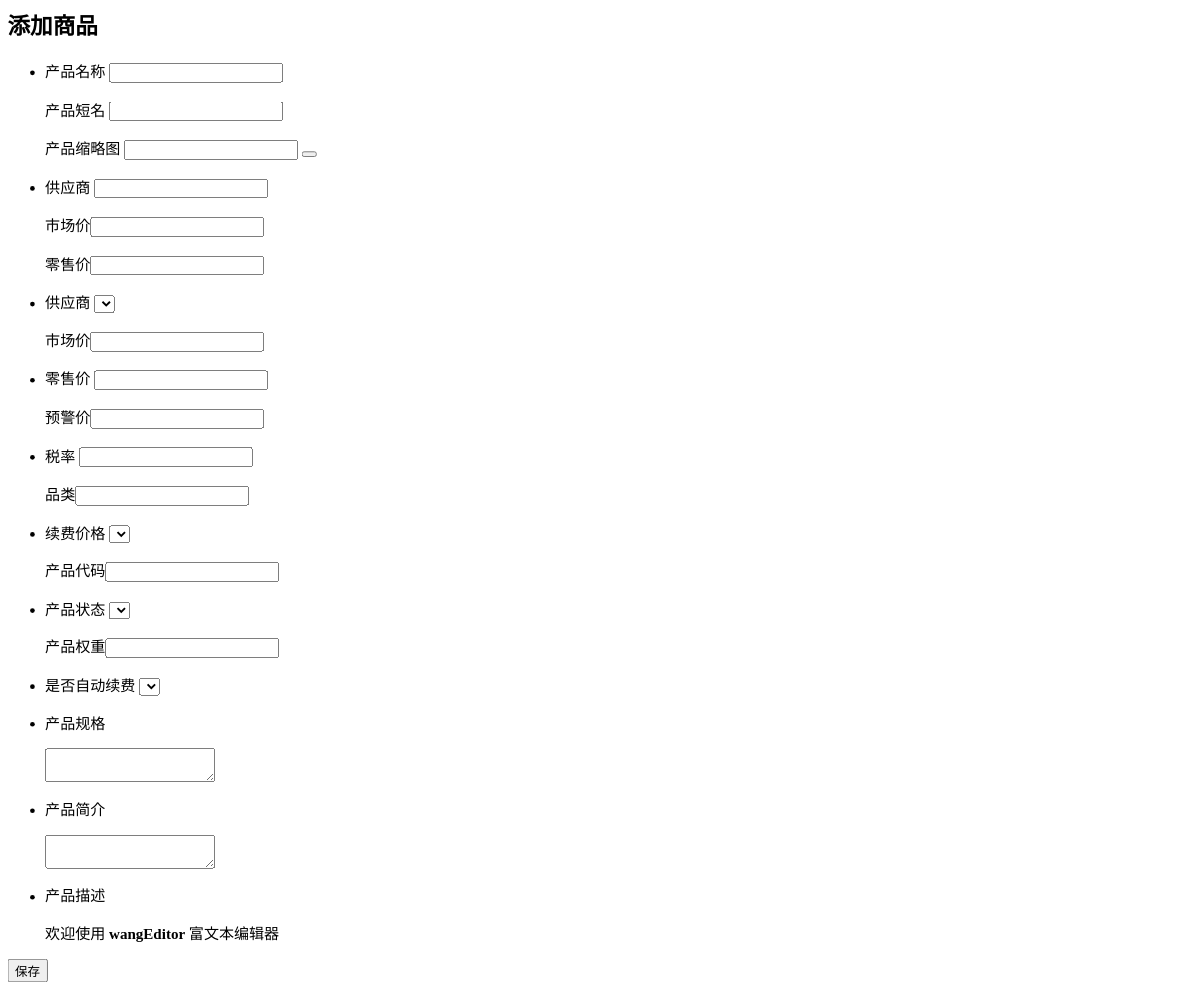
Repository: wangyan466393/racentSystem
Page: addProduct.html
These files come from the project's save history. The page is drawn as it stood at one moment and after the next save; the edit follows.
The browser window is 1280 px wide. The pictures show the whole page, at 94% of full size.

Above is the page before, as saved 2020-08-19 21:28:56.

After the next save:
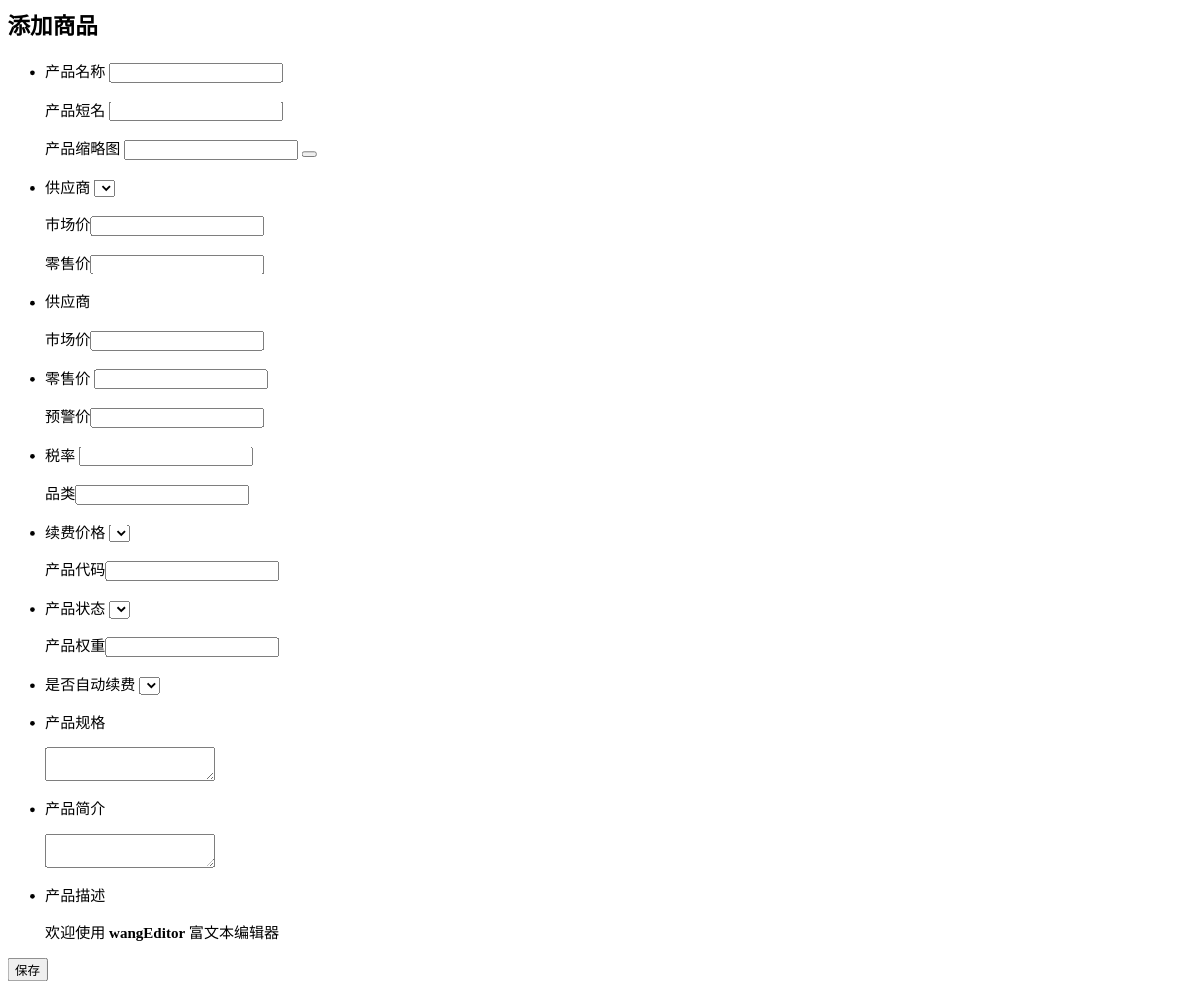
Saved 10 s later.
--- a/addProduct.html
+++ b/addProduct.html
@@ -25,7 +25,9 @@
                 <li>
                     <p>
                         <span>供应商</span>
-                        <input type="text">
+                        <select name="" id="" class="config_inp">
+                            <option value=""></option>
+                        </select>
                     </p>
                     <p>
                         <span>市场价</span><input type="number" >
@@ -37,9 +39,7 @@
                 <li>
                     <p>
                         <span>供应商</span>
-                        <select name="" id="" class="config_inp">
-                            <option value=""></option>
-                        </select>
+
                     </p>
                     <p>
                         <span>市场价</span><input type="number" class="config_inp">
